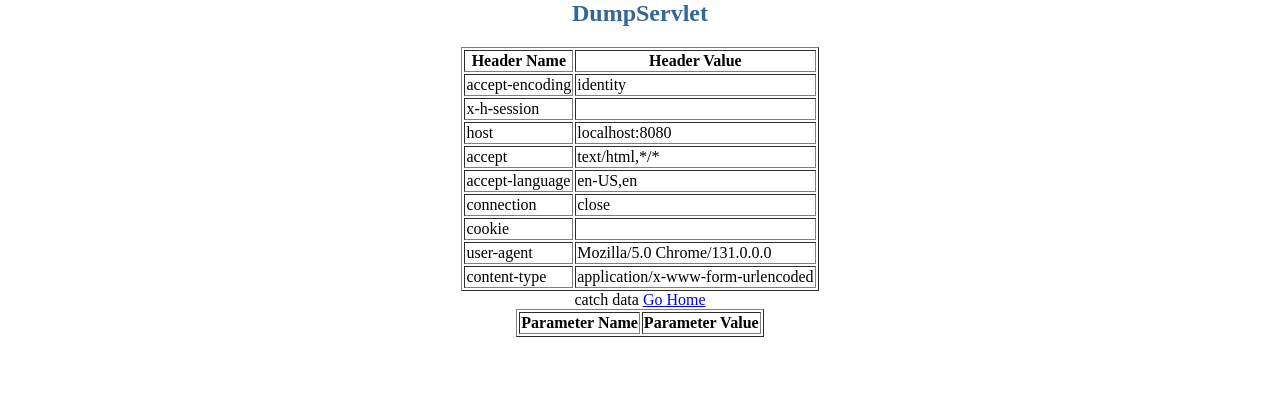
Repository: zoooolander/systex_prac_javaee
Page: http://localhost/myWeb/admin/dump.view
An editor plug-in stored every save of this project. The page is shown before and after the next save, followed by the edit.
The browser window is 1280 px wide. The pictures show the whole page.
The page is served by Tomcat 10.

Above is the page before, as saved 2024-09-19 03:20:34.

After the next save:
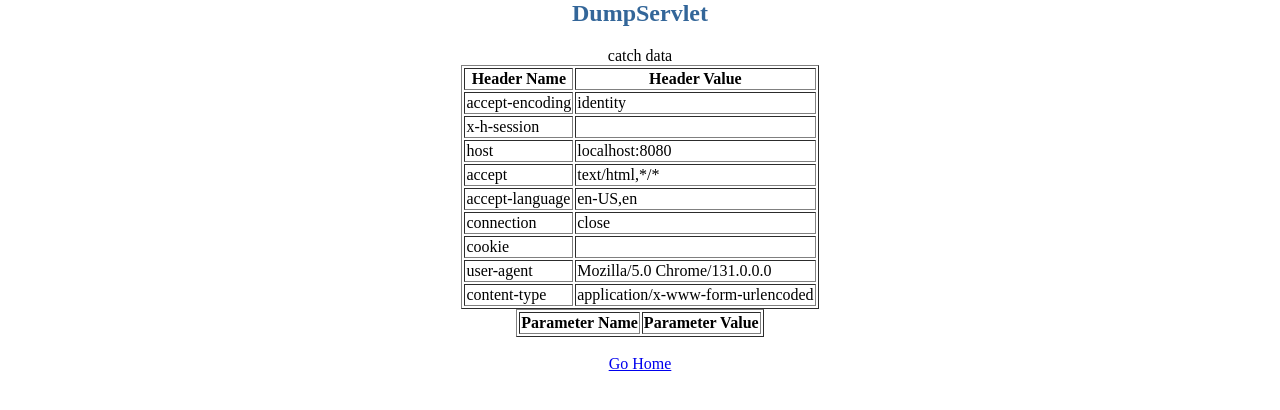
Saved 60 s later.
--- a/myWeb/src/main/java/com/systex/view/DumpServlet.java
+++ b/myWeb/src/main/java/com/systex/view/DumpServlet.java
@@ -54,8 +54,6 @@ public class DumpServlet extends HttpServlet {
 			String headerValue = request.getHeader(headerName);
 			out.println("<tr><td>" + headerName + "</td><td>" + headerValue + "</td></tr>");
 		}
-		out.println("</tbody>");
-		out.println("</table>");
 
 		out.println("catch data");
 		Enumeration<String> paramNames = request.getParameterNames();
@@ -72,7 +70,8 @@ public class DumpServlet extends HttpServlet {
 			}
 			out.println("<tr><td>" + paramName + "</td><td>" + paramValue + "</td><tr>");
 		}
-
+		out.println("</tbody>");
+		out.println("</table>");
 		out.println("<br><a href='" + croot + "/'>Go Home</br>");
 		out.println("</body>");
 		out.println("</html>");
